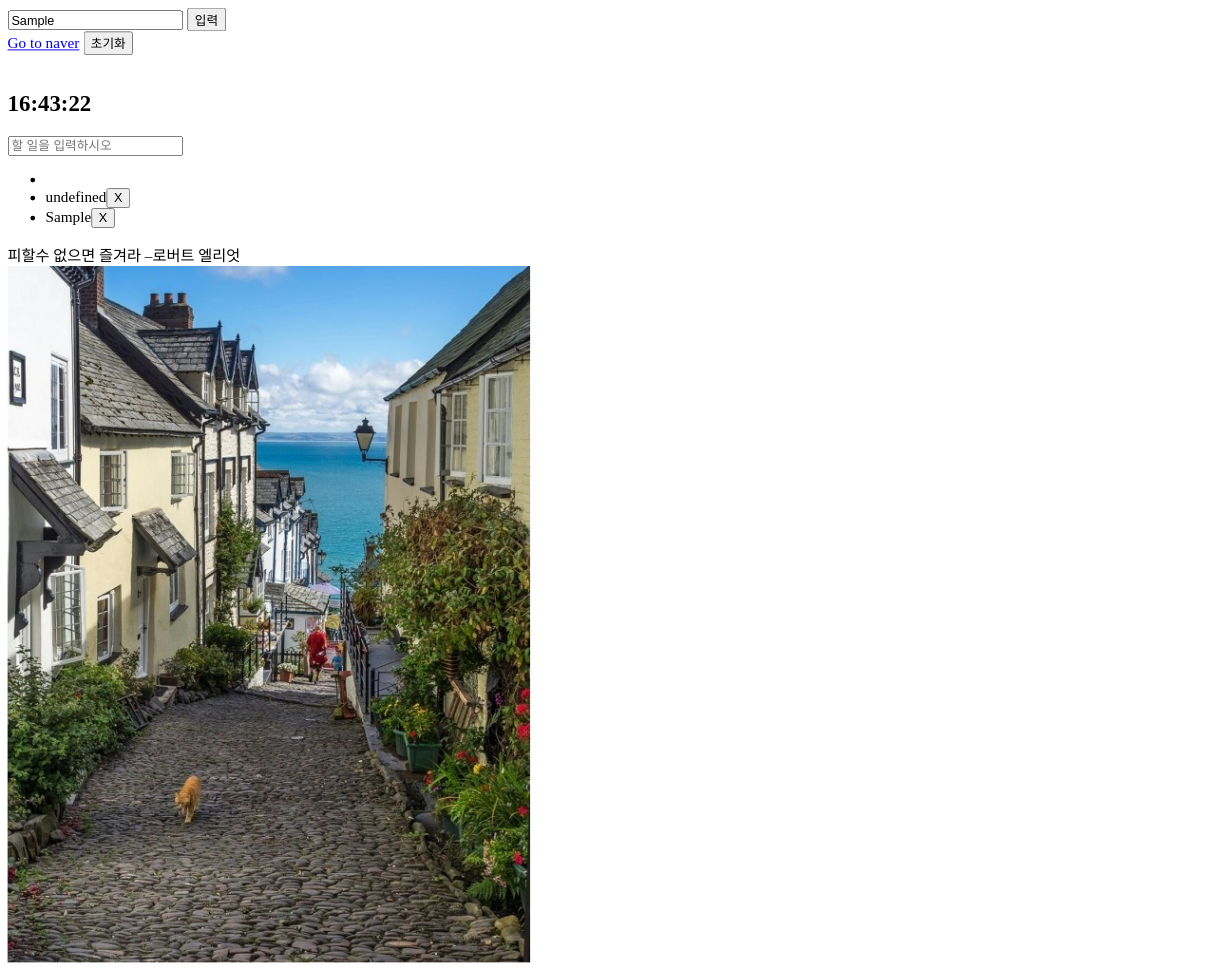
Repository: jun01270/F-E-practice
Page: index.html
These files come from the project's save history. The page is drawn as it stood at one moment and after the next save; the edit follows.
The browser window is 1280 px wide. The pictures show the whole page, at 95% of full size.
Empty fields were first filled with sample values (such as "Sample", 5 or name@example.com).
After loading, the first visible `#todo-form` was submitted once.

Above is the page before, as saved 2022-12-23 12:03:03.

### index.html
<!DOCTYPE html>
<html lang="en">
  <head>
    <meta charset="UTF-8" />
    <meta http-equiv="X-UA-Compatible" content="IE=edge" />
    <meta name="viewport" content="width=device-width, initial-scale=1.0" />
    <link rel="stylesheet" href="/css/style.css" />
    <title>Document</title>
  </head>
  <body>
    <form id="userName-form" class="hidden">
      <input required type="text" placeholder="이름이 뭔가요?" />
      <input type="submit" value="입력" />
    </form>
    <div>
      <a href="https://naver.com">Go to naver</a>
      <h1 id="result" class="hidden"></h1>
      <button class="boom">초기화</button>
    </div>
    <br />
    <h2 id="clock">00:00:00</h2>
    <form id="todo-form">
      <input type="text" placeholder="할 일을 입력하시오" />
    </form>
    <ul id="todo-list">
      <li></li>
    </ul>
    <div id="quote">
      <span></span>
      <span></span>
    </div>
    <script src="/js/greeting.js"></script>
    <script src="/js/clock.js"></script>
    <script src="/js/quotes.js"></script>
    <script src="/js/background.js"></script>
    <script src="js/todo.js"></script>
  </body>
</html>

### js/greeting.js
const userNameBtn = document.querySelector("#userName-form submit");
const userName = document.querySelector("#userName-form input");
const loginForm = document.querySelector("#userName-form");
const firstH1 = document.getElementById("result");
const SavedUserName = localStorage.getItem("username");
const HIDDEN_CLASSNAME = "hidden";
const toStart = document.querySelector("button.boom");

function loginResult(e) {
  e.preventDefault();
  loginForm.classList.add(HIDDEN_CLASSNAME);
  const userName1 = userName.value;
  localStorage.setItem("username", userName1);
  paintUserName();
}

function paintUserName() {
  const userName1 = localStorage.getItem("username");
  firstH1.innerText = `Hello ${userName1}`;
  firstH1.classList.remove(HIDDEN_CLASSNAME);
}

if (SavedUserName === null) {
  loginForm.classList.remove(HIDDEN_CLASSNAME);
  loginForm.addEventListener("submit", loginResult);
} else {
  paintUserName();
}

function deleteUserName() {
  localStorage.removeItem("username");
  location.reload();
}

toStart.addEventListener("click", deleteUserName);
console.log(toStart.className);

### js/clock.js
const clock = document.querySelector("h2#clock");

function getClock() {
  const date = new Date();
  let Hours = String(date.getHours()).padStart(2, "0");
  let Minutes = String(date.getMinutes()).padStart(2, "0");
  let Seconds = String(date.getSeconds()).padStart(2, "0");
  console.log(`${date.getHours()}:${date.getMinutes()}:${date.getSeconds()}`);
  clock.innerText = `${Hours}:${Minutes}:${Seconds}`;
}

getClock();
setInterval(getClock, 1000);

### js/quotes.js
const quotes = [
  {
    quote: "삶이 있는 한 희망은 있다",
    author: "-키케로",
  },
  {
    quote: "산다는것 그것은 치열한 전투이다.",
    author: "-로망로랑",
  },
  {
    quote: "하루에 3시간을 걸으면 7년 후에 지구를 한바퀴 돌 수 있다. ",
    author: "-사무엘존슨",
  },
  {
    quote: "언제나 현재에 집중할수 있다면 행복할것이다. ",
    author: "-파울로 코엘료",
  },
  {
    quote:
      "진정으로 웃으려면 고통을 참아야하며 , 나아가 고통을 즐길 줄 알아야 해 ",
    author: "-찰리 채플린",
  },
  {
    quote: "직업에서 행복을 찾아라. 아니면 행복이 무엇인지 절대 모를 것이다 ",
    author: "-엘버트 허버드",
  },
  {
    quote: "신은 용기있는자를 결코 버리지 않는다 ",
    author: "-켄러",
  },
  {
    quote:
      "행복의 문이 하나 닫히면 다른 문이 열린다 그러나 우리는 종종 닫힌 문을 멍하니 바라보다가 우리를 향해 열린 문을 보지 못하게 된다 ",
    author: "–헬렌켈러",
  },
  {
    quote: "피할수 없으면 즐겨라 ",
    author: "–로버트 엘리엇",
  },
];
const quoteCount = quotes.length;
const quote = document.querySelector("#quote span:first-child");
const author = document.querySelector("#quote span:last-child");
const todaysQuote = quotes[Math.floor(Math.random() * quoteCount)];

function showQuote() {
  console.log(quotes[Math.floor(Math.random() * quoteCount)]);
  quote.innerText = todaysQuote.quote;
  author.innerText = todaysQuote.author;
}

setInterval(showQuote, 1000);

### js/background.js
const images = ["flower.jpg", "street.jpg", "tree.jpg"];
const chosenImage = images[Math.floor(Math.random() * images.length)];
const bgImage = document.createElement("img");

bgImage.src = `img/${chosenImage}`;

document.body.appendChild(bgImage);

### js/todo.js
const toDoForm = document.getElementById("todo-form");
const toDoInput = document.querySelector("#todo-form input");
const toDoList = document.getElementById("todo-list");

const toDos = [];

function saveToDoLists() {
  localStorage("todos", JSON.stringify(toDos));
}

function deleteToDo(e) {
  const todoLists = e.target.parentElement;
  todoLists.remove();
}

function paintToDo(newToDo) {
  const listOfToDo = document.createElement("li");
  const span = document.createElement("span");
  span.innerText = newToDo;
  const deleteButton = document.createElement("button");
  deleteButton.innerText = "X";
  deleteButton.addEventListener("click", deleteToDo);
  listOfToDo.appendChild(span);
  listOfToDo.appendChild(deleteButton);
  toDoList.appendChild(listOfToDo);
}

function handleToDoSubmit(e) {
  e.preventDefault();
  const newToDo = toDoInput.value;
  toDoInput.value = "";
  toDos.push(newToDo);
  paintToDo(newToDo);
}

toDoForm.addEventListener("submit", handleToDoSubmit);

paintToDo();

Loaded but not shown: css/style.css (common file)

After the next save:
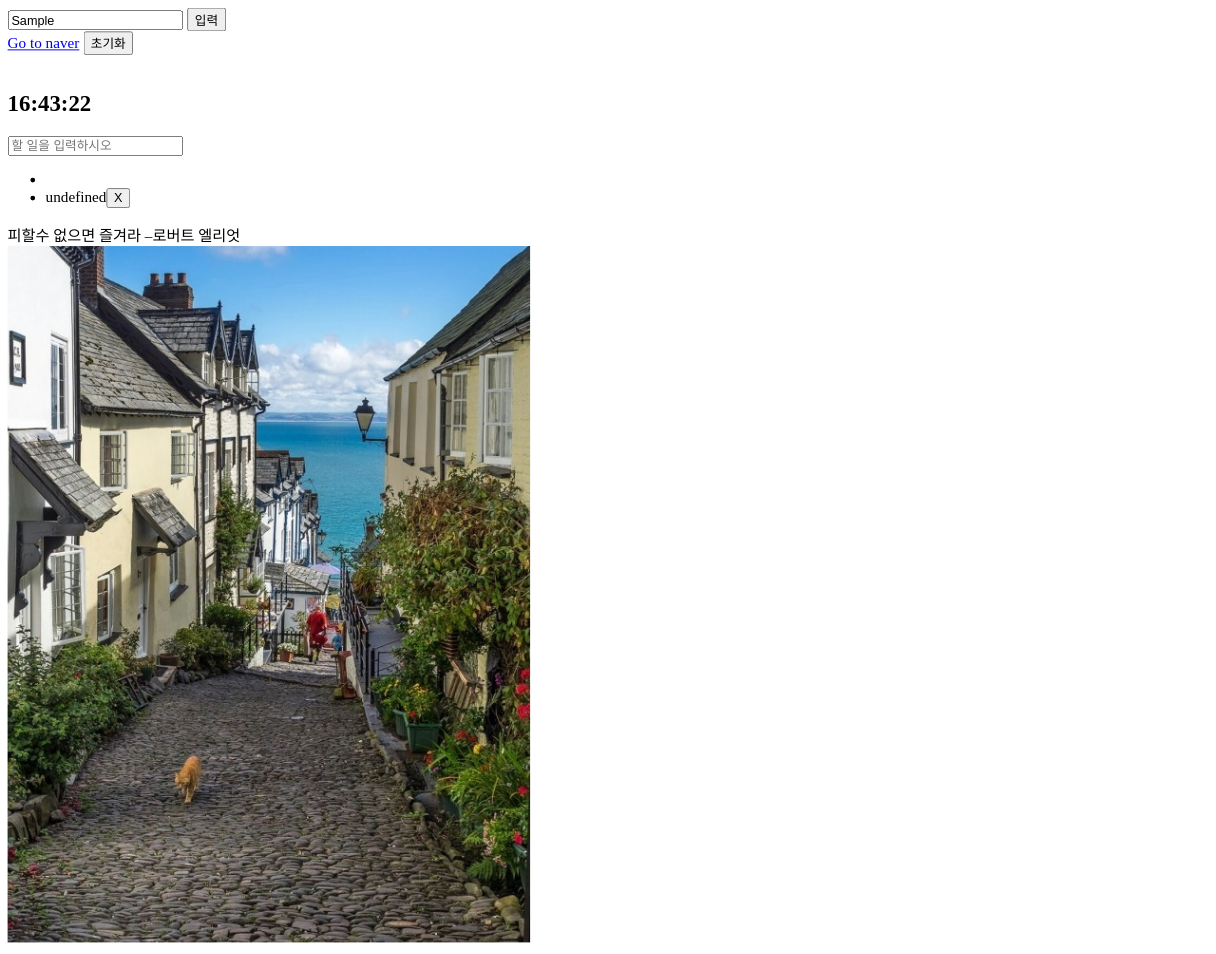
Console error: TypeError: localStorage is not a function
Saved 27 s later.
--- a/js/todo.js
+++ b/js/todo.js
@@ -29,7 +29,7 @@
   e.preventDefault();
   const newToDo = toDoInput.value;
   toDoInput.value = "";
-  toDos.push(newToDo);
+  saveToDoLists();
   paintToDo(newToDo);
 }
 

After the save that followed:
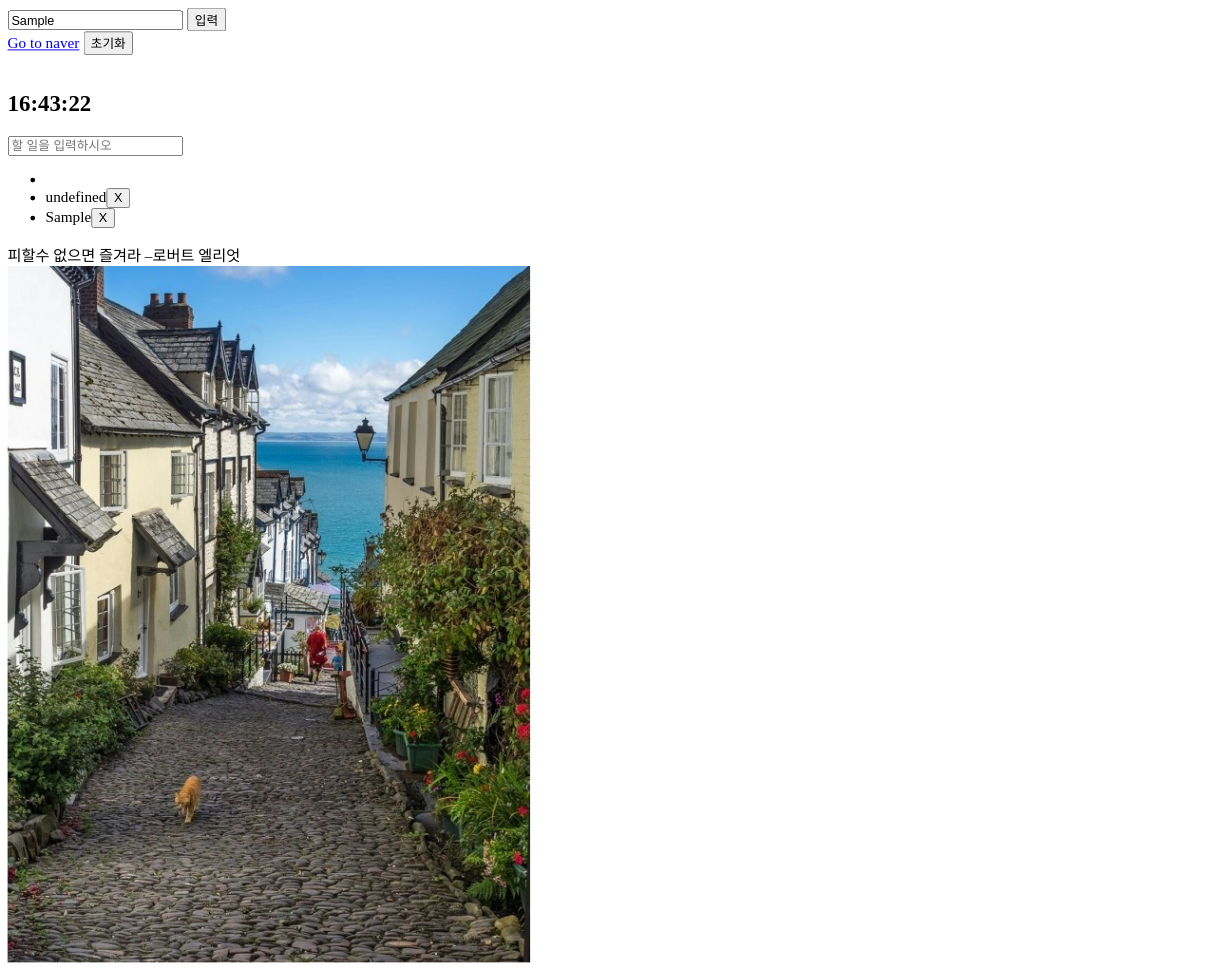
Saved 21 s later.
--- a/js/todo.js
+++ b/js/todo.js
@@ -29,8 +29,8 @@
   e.preventDefault();
   const newToDo = toDoInput.value;
   toDoInput.value = "";
+  paintToDo(newToDo);
   saveToDoLists();
-  paintToDo(newToDo);
 }
 
 toDoForm.addEventListener("submit", handleToDoSubmit);
